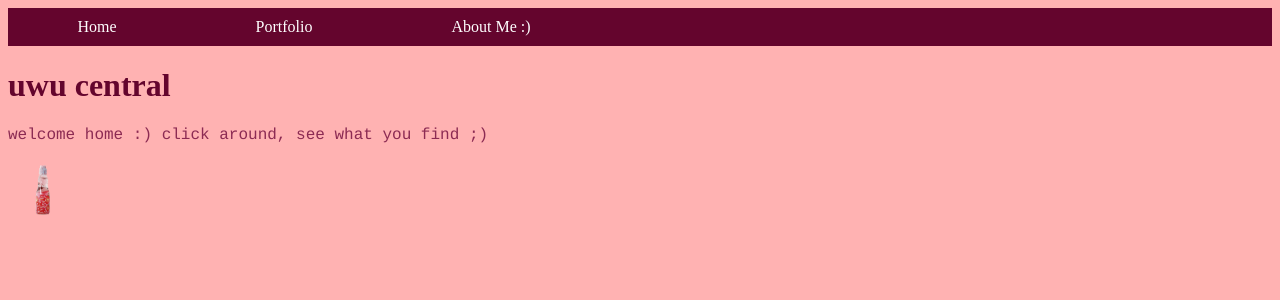
Repository: ycano1934/ycano1934.github.io
Page: my_website/index.html
The author's editor kept a record of every edit. The page is drawn from the files as they stood at one moment, then again after the next edit.
The browser window is 1280 px wide. The pictures show the whole page.

Above is the page before.

### my_website/index.html
<!doctype html>
<html lang="en">


  <head>
    <meta charset="utf-8">
    <meta name="viewport" content="width=device-width, initial-scale=1.0">
    <title>Home</title>



  <style>
#header {
  font-family:comic sans ms;
  color:rgb(100, 5, 45);
}
 body {background-color:rgb(255, 178, 178);
 }

 #paragraphlook {
    font-family:courier;
    color:rgb(140, 43, 83);
}


ul {
  list-style-type: none;
  margin: 0;
  padding: 0;
  overflow: hidden;
  background-color: rgb(100, 5, 45);
}

li {
  float: left;
}

li a {
  display: inline-block;
  color: white; /* text color */
  font-family:comic sans ms;
  text-align: center;
  padding: 10px 69.5px;
  text-decoration: none;
  background-color: rgb(100, 5, 45)
}

li a:hover {
  background-color: rgb(155, 51, 93);
}




  </style>
  </head>


  <body>

    <ul>
    <li><a href="index.html">Home</a></li>
    <li><a href="portfolio.html">Portfolio</a></li>
    <li><a href="about.html">About Me :)</a></li>
    </ul>

    <h1 id="header">uwu central</h1>
    <p id="paragraphlook">welcome home :) click around, see what you find ;)</p>
   <a href="secretone.html">
     <img src="images/pink ramune.png" alt="r a m u n e" style="width:50px;height:50px;background-color:rgb(255, 178, 178);padding: 5px 10px">
   </a>



  </body>


</html>

After the next edit:
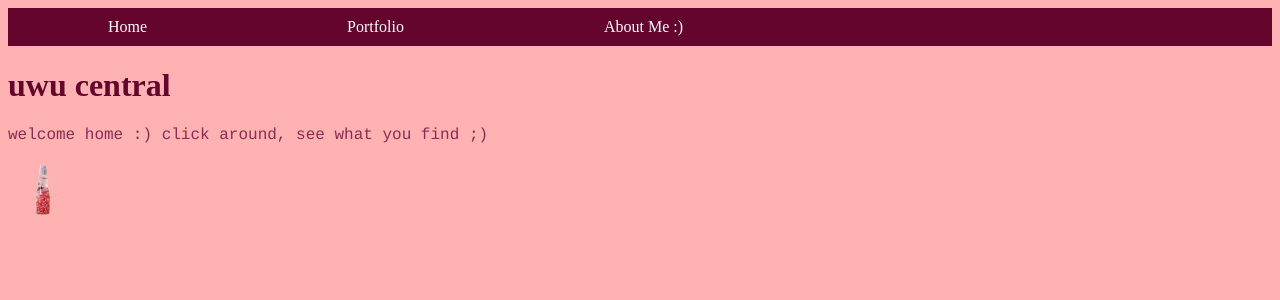
The edit:
--- a/my_website/index.html
+++ b/my_website/index.html
@@ -40,7 +40,7 @@
   color: white; /* text color */
   font-family:comic sans ms;
   text-align: center;
-  padding: 10px 69.5px;
+  padding: 10px 100px;
   text-decoration: none;
   background-color: rgb(100, 5, 45)
 }
